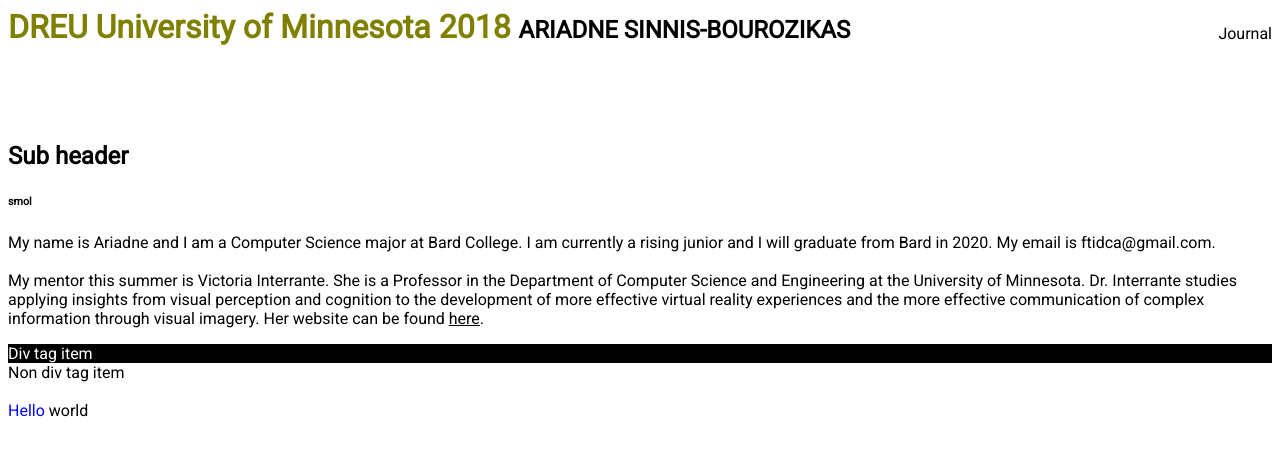
Repository: ariadnesb/dreu2018
Page: index.html
The author's editor kept a record of every edit. The page is drawn from the files as they stood at one moment, then again after the next edit.
The browser window is 1280 px wide. The pictures show the whole page.

Above is the page before.

After the next edit:
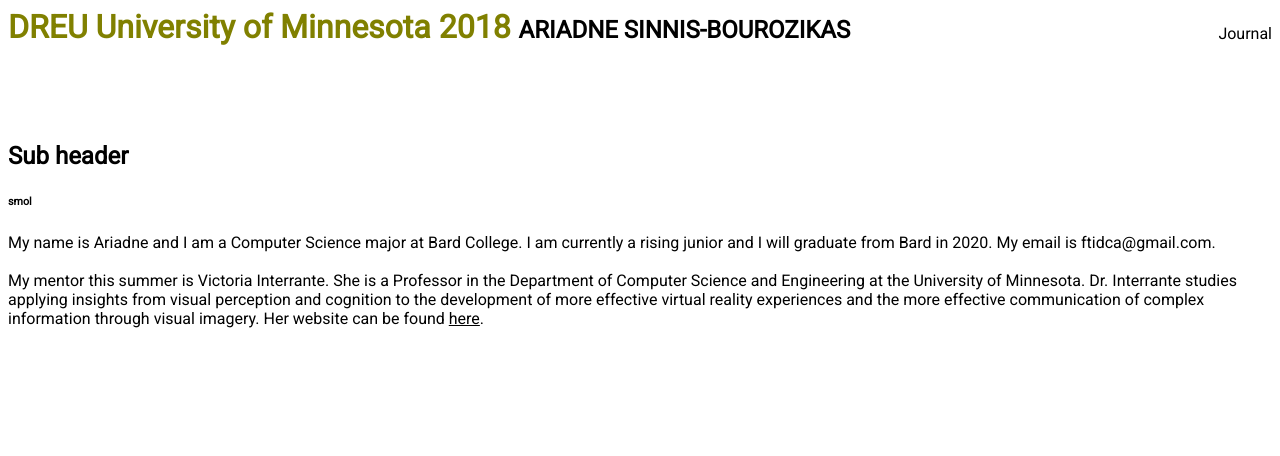
The edit:
--- a/index.html
+++ b/index.html
@@ -38,7 +38,7 @@
 
         </p>
 
-        <!--- divs and spans can have 1 id but many classes -->
+        <!--- divs and spans can have 1 id but many classes
         <div id="custom-id">
             Div tag item
         </div>
